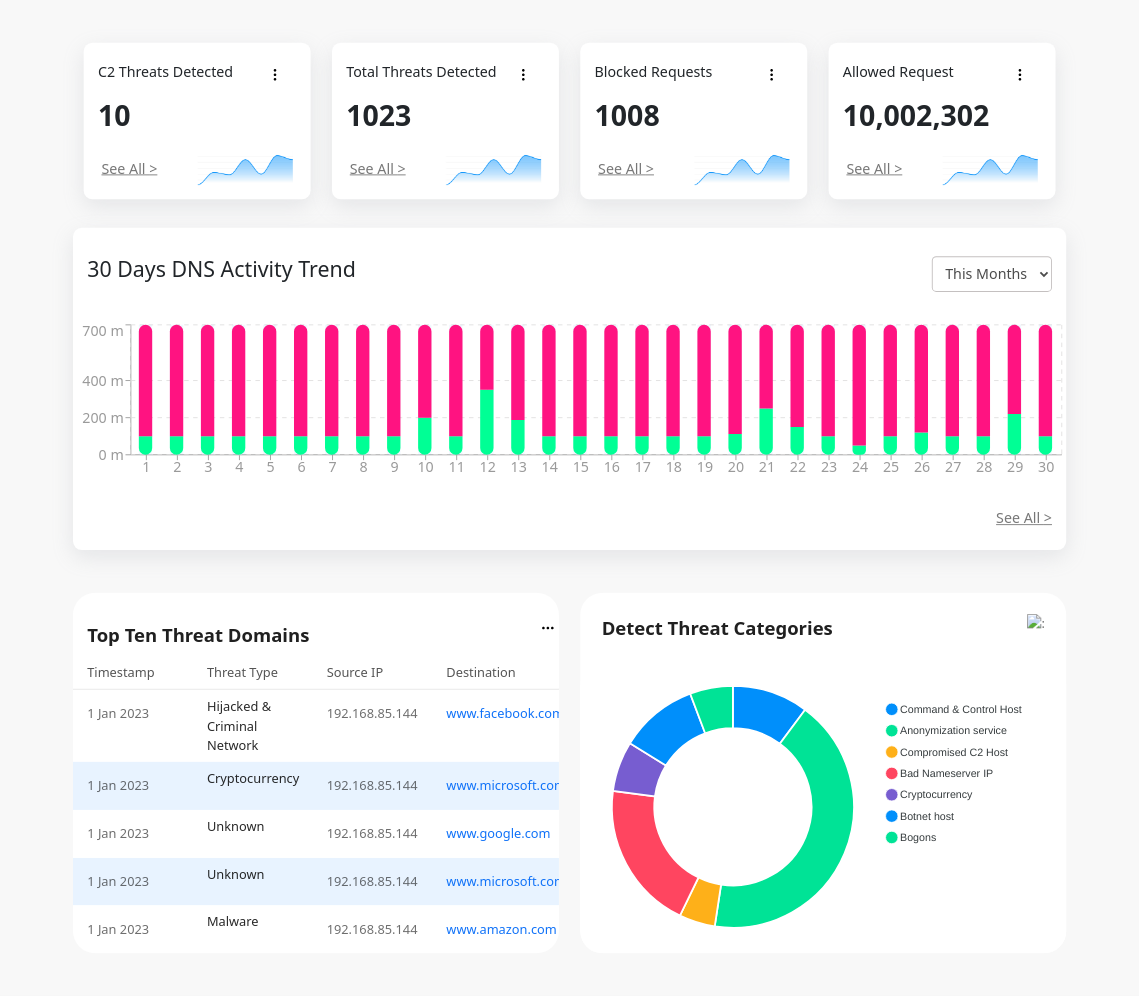
Repository: badhon252/dashboard
Page: /
These files come from the project's save history. The page is drawn as it stood at one moment and after the next save; the edit follows.
The browser window is 1280 px wide. The pictures show the whole page, at 89% of full size.
The project was rebuilt for these pictures with package versions that can differ from the ones it lists, and the page was loaded fresh each time. Also part of the build but not shown: vite.config.js.

Above is the page before, as saved 2023-01-27 05:14:09.

After the next save:
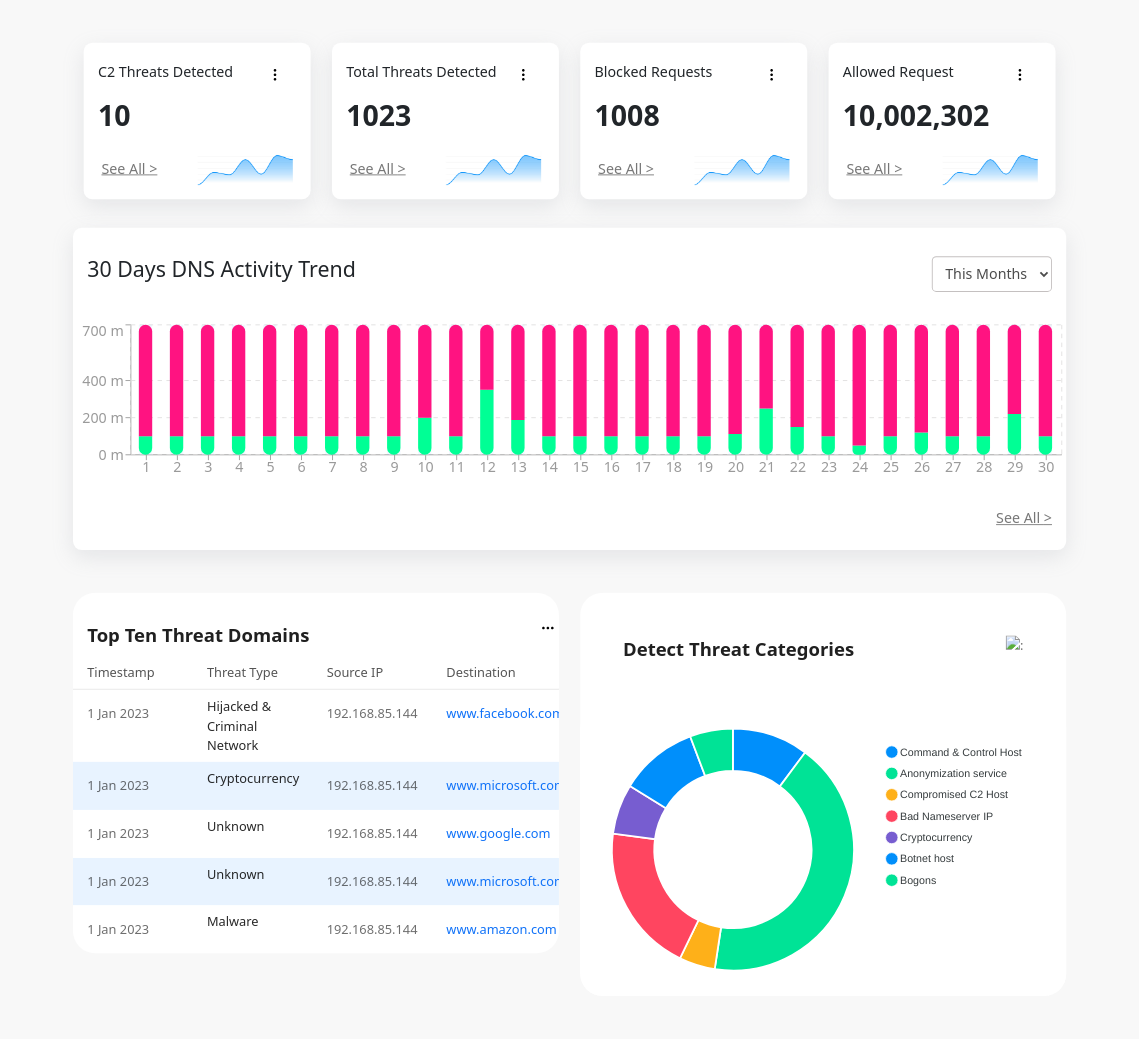
Saved 7 s later.
--- a/src/Components/Analysis/Graph/GraphAnalysis.jsx
+++ b/src/Components/Analysis/Graph/GraphAnalysis.jsx
@@ -13,7 +13,7 @@
 const AnalysisGraph = ({ icon }) => {
   return (
     <div className="analysisGraph">
-      <div className="analysis-heading d-flex justify-content-between p-4">
+      <div className="analysis-heading d-flex justify-content-between p-5">
         <div className="title">Detect Threat Categories</div>
         <img src={icon} alt=":" />
       </div>

After the save that followed:
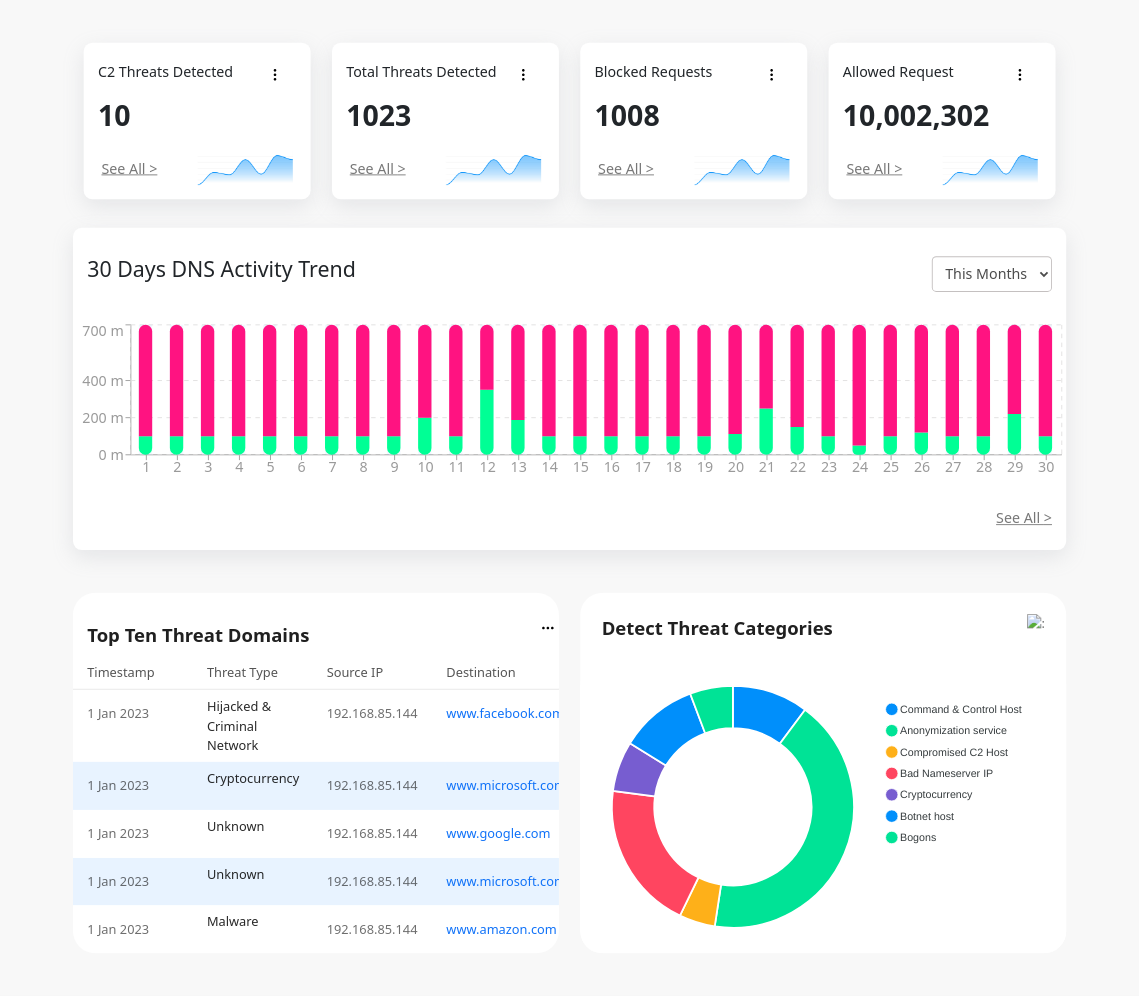
Saved 6 s later.
--- a/src/Components/Analysis/Graph/GraphAnalysis.jsx
+++ b/src/Components/Analysis/Graph/GraphAnalysis.jsx
@@ -13,7 +13,7 @@
 const AnalysisGraph = ({ icon }) => {
   return (
     <div className="analysisGraph">
-      <div className="analysis-heading d-flex justify-content-between p-5">
+      <div className="analysis-heading d-flex justify-content-between p-4">
         <div className="title">Detect Threat Categories</div>
         <img src={icon} alt=":" />
       </div>
